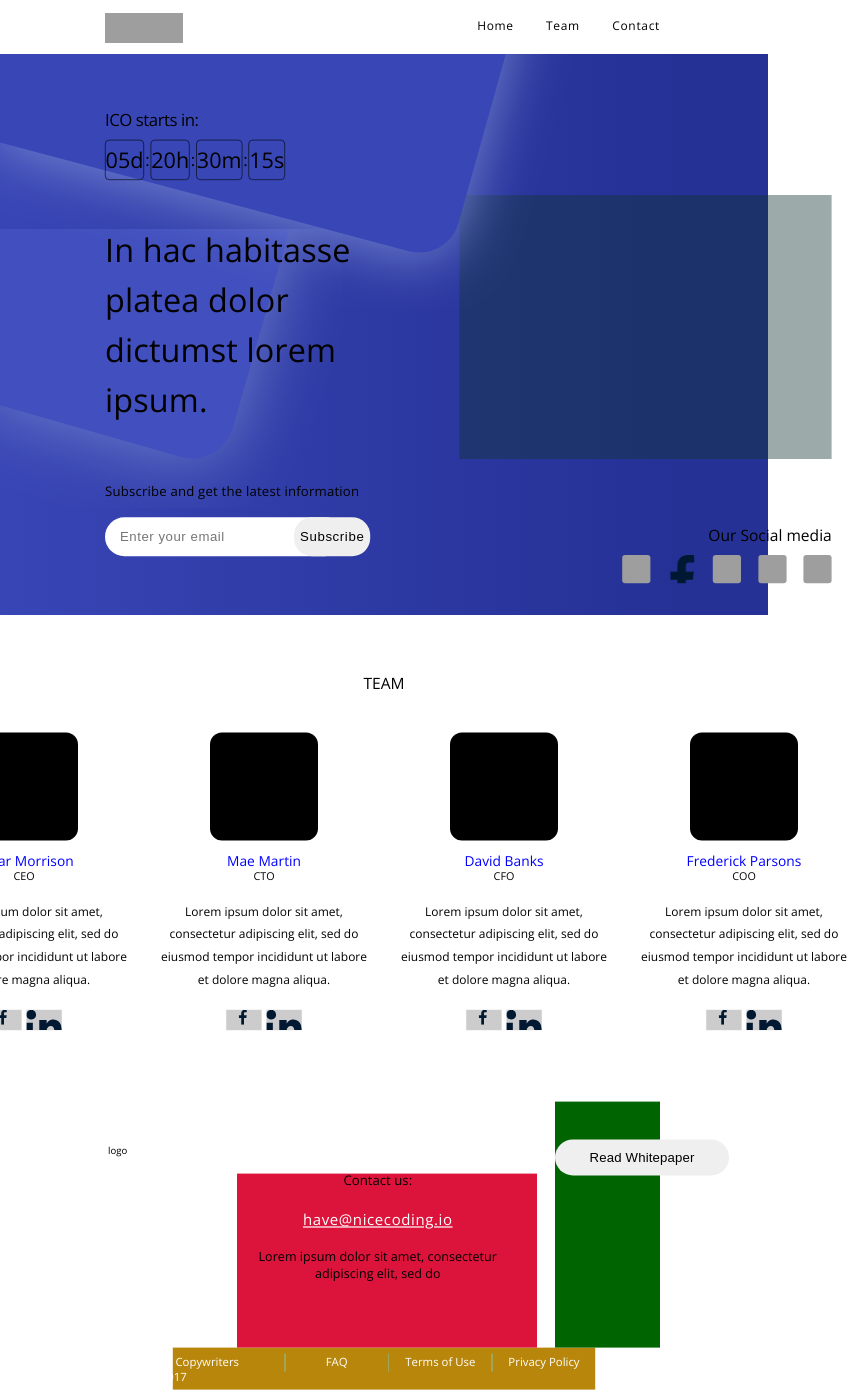
Repository: McGregorSt/newOne
Page: index.html
An editor plug-in stored every save of this project. The page is shown before and after a run of saves, followed by the edit.
The browser window is 1280 px wide. The page is 1440 px wide, so the pictures cover 1440 px, including what lies to the right of the window. The pictures show the whole page, at 60% of full size.
Pictures or frames that could not be fetched are drawn as grey boxes.

Above is the page before, as saved 2019-12-16 10:46:36.

### index.html
<!DOCTYPE html>
<html lang="en">
<head>
  <meta charset="UTF-8">
  <meta name="viewport" content="width=device-width, initial-scale=1.0">
  <meta http-equiv="X-UA-Compatible" content="ie=edge">
  <link rel="stylesheet" href="css/style.css">
  <link href="https://fonts.googleapis.com/css?family=Open+Sans:300,300i,400,400i,600,600i,700,700i,800,800i&display=swap" rel="stylesheet">
  <title>Ethworks</title>
</head>
<body>
  <!-- <div class="container"> -->
    <section class="header">
      <div class="header__logo"></div>
      <ul class="header__menu">
        <li class="header__menu__item">Home</li>
        <li class="header__menu__item">Team</li>
        <li class="header__menu__item">Contact</li>
      </ul>
    </section>
    <section class="main">
      <div class="wrapper">
        <div class="subs">
          <div class="subs__timer">
            <span class="subs__timer__header">ICO starts in:</span>
            <div class="subs__timer__global">
              <div class="subs__timer__item">05d</div>
              <div class="subs__timer__item">:</div>
              <div class="subs__timer__item">20h</div>
              <div class="subs__timer__item">:</div>
              <div class="subs__timer__item">30m</div>
              <div class="subs__timer__item">:</div>
              <div class="subs__timer__item">15s</div>
            </div>
          </div>
          <div class="subs__article">In hac habitasse platea dolor dictumst lorem ipsum.</div>
          <div class="subs__email">
            <span class="subs__email__header">Subscribe and get the latest information</span>
            <div class="subs__email__content">
              <input type="email" class="subs__email__input" placeholder="Enter your email">
              <button type="submit" class="subs__email__button">Subscribe</button>
            </div>
          </div>
        </div>

      <div class="media">
        <div class="media__media">
          <div class="media__player"></div>
          <div class="media__social">
            <span class="media__social__header">Our Social media</span>
            <div class="media__social__items">
              <div class="media__social__tt"></div>
              <div class="media__social__fb"></div>
              <div class="media__social__md"></div>
              <div class="media__social__gh"></div>
              <div class="media__social__mail"></div>
            </div>
          </div>
        </div>
    </div>
    </div>
    <div class="subs__subs"></div>
    </section>
    <section class="team">
      <div class="team__header">TEAM</div>
      <div class="team__cards">
        <div class="team__card">
          <div class="team__card__photo"></div>
          <div class="team__card__name">Edgar Morrison</div>
          <div class="team__card__title">CEO</div>
          <div class="team__card__description">Lorem ipsum dolor sit amet, consectetur adipiscing elit, sed do eiusmod tempor incididunt ut labore et dolore magna aliqua. </div>
          <div class="team__card__social">
            <div class="card__social__fb"></div>
            <div class="card__social__in"></div>
          </div>
        </div>
        <div class="team__card">
          <div class="team__card__photo"></div>
          <div class="team__card__name">Mae Martin</div>
          <div class="team__card__title">CTO</div>
          <div class="team__card__description">Lorem ipsum dolor sit amet, consectetur adipiscing elit, sed do eiusmod tempor incididunt ut labore et dolore magna aliqua. </div>
          <div class="team__card__social">
            <div class="card__social__fb"></div>
            <div class="card__social__in"></div>
          </div>
        </div>
        <div class="team__card">
          <div class="team__card__photo"></div>
          <div class="team__card__name">David Banks</div>
          <div class="team__card__title">CFO</div>
          <div class="team__card__description">Lorem ipsum dolor sit amet, consectetur adipiscing elit, sed do eiusmod tempor incididunt ut labore et dolore magna aliqua.</div>
          <div class="team__card__social">
            <div class="card__social__fb"></div>
            <div class="card__social__in"></div>
          </div>
        </div>
        <div class="team__card">
          <div class="team__card__photo"></div>
          <div class="team__card__name">Frederick Parsons</div>
          <div class="team__card__title">COO</div>
          <div class="team__card__description">Lorem ipsum dolor sit amet, consectetur adipiscing elit, sed do eiusmod tempor incididunt ut labore et dolore magna aliqua.</div>
          <div class="team__card__social">
            <div class="card__social__fb"></div>
            <div class="card__social__in"></div>
          </div>
        </div>
      </div>
    </section>
    <section class="footer">
      <div class="footer__main">
        <div class="footer__main__logo">logo</div>
        <div class="footer__main__contact">
          <span>Contact us:</span>
          <span><a href="mailto:#">have@nicecoding.io</a></span>
          <span>Lorem ipsum dolor sit amet, consectetur adipiscing elit, sed do</span>
        </div>
        <div class="footer__main__whitepaper">
          <button type="submit" class="header__whitepaper__button">Read Whitepaper</button>
        </div>
      </div>
      <div class="footer__menu">
        <div class="footer__menu__item">
          <span>&#9400 Copywriters 2017</span>
        </div>
        <div class="footer__menu__separator"></div>
        <div class="footer__menu__item">
          <a href="#">FAQ</a>
        </div>
        <div class="footer__menu__separator"></div>
        <div class="footer__menu__item">
          <a href="#">Terms of Use</a>
        </div>
        <div class="footer__menu__separator"></div>
        <div class="footer__menu__item">
          <a href="#">Privacy Policy</a>
        </div>
      </div>
    </section>
  </!-->
</body>
<script src="js/app.js">


</script>
</html>

### css/style.css
body {
  margin: 0;
  padding: 0;
  box-sizing: border-box;
  font-family: 'Open Sans', sans-serif;
  overflow-y: scroll;
}
/* section header */
.header {
  height: 95px;
  margin: auto;
  margin-top: -5px;
  display: flex;
  justify-content: space-between;
  align-items: center;
  padding: 0 180px;
}
.header__logo {
  width: 130px;
  height: 50px;
  background-image: url('../Assets/logo/dark.svg');
  background-size: cover;
  position: relative;
  left: -5px;
  top: 3px;
}
.header__menu {
  list-style: none;
  display: flex;
  letter-spacing: 1.1px;
  /* font-weight: 300; */
  /* justify-content: space-between; */
  font-size: 20px;
}
.header__menu__item {
  padding: 0 0 0 54px;
}

/* .wrapper {
  position: relative;
  z-index: 100;
} */
/* section main */
.main {
  height: 935px;

}
.main {
  /* background: rgb(56,69,181); */
  background: linear-gradient(90deg, rgba(56,69,181,1) 0%, rgba(37,49,149,1) 88%);
  /* background-image: url('../Assets/BG/Shape1@1x.svg');
  background-repeat: no-repeat;
  background-size: 75%;
  background-position-y: -95px;
  background-position-x: -10px;
  position: relative;
  z-index: 2; */
}
.wrapper {
  display: flex;
  position: relative;

}

.wrapper:after {
  content: "";
  width: 100%;
  height: 100%;
  background-image: url('../Assets/BG/Shape1@1x.svg');
  background-repeat: no-repeat;
  background-size: 75%;
  background-position-y: -95px;
  background-position-x: -10px;
  position: absolute;
  z-index: 10;
  /* filter: url('../Assets/BG/Shape1@1x.svg#filter-2')  */
}

.subs {

  width: 50%;
  font-size: 28px;
  display: flex;
  flex-direction: column;
  padding: 90px 0 60px 175px;
  position: relative;
  z-index: 99;
}
.subs__subs {
  /* width: 50%; */
  height: 800px;
  background-image: url('../Assets/BG/Shape2@1x.svg');
  background-size: 47%;
  top: -730px;
  left: -200px;
  background-position-y: -260px;
  background-position-x: 170px;
  background-repeat: no-repeat;
  position: relative;
  z-index: 1;
  /* filter: url('../Assets/BG/Shape2@1x.svg#filter-2') */
}
.subs__timer {
  /* background-color: thistle; */
  position: relative;
  z-index: 1;
}
.subs__timer__header {
  letter-spacing: -0.8px;
}
.subs__timer__global {
  width: 56.4%;
  display: flex;
  justify-content: space-between;
  padding: 15px 0 40px 0 ;
}
.subs__timer__item {
  width: 88px;
  height: 65px;
  display: flex;
  justify-content: center;
  align-items: center;
}
.subs__timer__item:nth-child(2n+2) {

}
.subs__timer__item:nth-child(2n+1) {
  width: 40%;
  border: 1px solid #000;
  font-size: 36px;
  border-radius: 7px;
}
.subs__article {
  font-size: 54px;
  letter-spacing: 0.2px;
  line-height: 83px;
  padding: 35px 0;
  /* background-color: wheat; */

}
.subs__email {
  /* background-color: yellow; */
  display: flex;
  flex-direction: column;
  font-size: 22px;
  letter-spacing: 0.3px;
  padding: 60px 0;
}
.subs__email__content {
  /* background-color: yellowgreen; */
  height: 100px;
  padding: 30px 0;
}
.subs__email__input {
  height: 63%;
  width: 70%;
  border-radius: 40px;
  font-size: 22px;
  padding-left: 25px;
  letter-spacing: 0.9px;
  outline: none;
  border: 0;
}
.subs__email__input::placeholder {
  /* padding-left: 25px; */
}
.subs__email__button {
  height: 65%;
  width: 24%;
  margin-left: -90px;
  font-size: 22px;
  letter-spacing: 1.05px;
  border: 0;
  border-radius: 30px;
}

.media {
  /* height: 80%; */
  width: 50%;
  /* background-color: tomato; */
}
.media__media {
  height: 100%;
  /* display: flex;
  flex-direction: column; */
  /* justify-content: space-around; */
  padding: 235px 0 0 60px;
}
.media__player {
  width: 620px;
  height: 440px;
  background-color: rgba(15, 51, 47, 0.411);
}
.media__social {
  width: 620px;
  height: 23%;
  display: flex;
  flex-direction: column;
  align-items: flex-end;
  justify-content: center;
  /* background-color: orangered; */
}
.media__social__header {
  font-size: 26px;
  padding: 80px 0 16px 0;

}
.media__social__items {
  width: 56.3%;
  display: flex;
  justify-content: space-between;
}
div.media__social__items > div {
  width: 47px;
  height: 47px;
  /* background-color: olivedrab; */
  border-radius: 5px;
}
.media__social__tt {
  background-image: url('../Assets/Social icons/Twitter@1x.svg');
  background-size: cover;
}
.media__social__fb {
  background-image: url('../Assets/Social icons/Facebook@1x.svg');
  background-size: cover;
}
.media__social__md {
  background-image: url('../Assets/Social icons/Medium@1x.svg');
  background-size: cover;
}
.media__social__gh {
  background-image: url('../Assets/Social icons/Github@1x.svg');
  background-size: cover;
}
.media__social__mail {
  background-image: url('../Assets/Social icons/Telegram@1x.svg');
  background-size: cover;
}


/*
section team
*/

.team {
  display: flex;
  flex-direction: column;
  align-items: center;
  padding: 95px 0 50px 0;
}
.team__header {
  font-size: 26px;
}
.team__cards {
  display: flex;
  justify-content: space-between;
  padding: 60px 0;
}
.team__card {
  height: 500px;
  width: 360px;
  display: flex;
  flex-direction: column;
  justify-content: space-between;
  align-items: center;
  margin: 0 10px;
  /* background-color: palegreen; */
  padding: 5px 10px
}
.team__card__photo {
  width: 180px;
  height: 180px;
  border-radius: 20px;
  background-color: black;

}
.team__card__name {
  font-size: 23px;
  color: blue;
  /* position: relative;
  top: -10px; */
}
.team__card__title {
  font-size: 18px;
  position: relative;
  top: -20px;
}
.team__card__description {
  font-size: 20px;
  text-align: center;
  line-height: 38px;
  position: relative;
  top: -10px;
  padding: 0 5px;
}
.team__card__social {
  display: flex;
  justify-content: space-between;
}
.team__card__social > * {
  width: 55px;
  height: 30px;
  background-color: #ccc;
  margin: 4px;
  padding: 2px;
}
.card__social__fb {
  background-image: url('../Assets//Profil/Facebook@1x.svg');
  background-size: 55px 25px;

  background-repeat: no-repeat;
}
.card__social__in {
  background-image: url('../Assets//Profil/linkedin@1x.svg');
  background-size: cover;

}




/*
section footer
*/
/*
.footer {
  display: flex;
  flex-direction: column;
  align-items: center;
} */
.footer__main {
  height: 410px;
  display: flex;
  justify-content: space-between;
  padding: 0 180px;
}

/* .footer__header {
  height: 123px;
  width: 100%;
  background-color: cornflowerblue;
  display: flex;
  justify-content: space-between;
  align-items: center;
} */
.footer__main__logo {
  width: 20%;
  margin-top: 70px;

}
.footer__main__contact {
  width: 500px;
  height: 290px;
  background-color: crimson;
  align-self: flex-end;
  display: flex;
  flex-direction: column;
  align-items: center;
}
.footer__main__whitepaper {
  width: 19%;
  background-color: darkgreen;
  padding-top: 33px;
}
.footer__menu {
  height: 60px;
  background-color: darkgoldenrod;
  width:55%;
  margin: auto;
  font-size: 19px;
  display: flex;
  justify-content: space-between;
  padding-top: 10px;
}
.header__whitepaper__button {
  height: 60px;
  width: 290px;
  font-size: 22px;
  letter-spacing: 0.25px;
  border: 0;
  border-radius: 30px;
  position: relative;
  top: 30px;
}
.footer__main__contact > span {
  margin-bottom: 40px;
  font-size: 22px;
  text-align: center;
  position: relative;
  top: -5px;
  left: -15px;
}
.footer__main__contact > span > a {
  font-size: 25px;
  color: #fff;
  letter-spacing: 1px;
  position: relative;
  top: -6px;
}
.footer__main__contact > span:last-child {
  font-size: 21px;
  top: -20px;
}
.footer__menu {

}
.footer__menu__item {
  width: 25%;
  display: flex;
  justify-content: center;
  color: #fff;
}
.footer__menu__item > a {
  text-decoration: none;
  color: #fff;
}
.footer__menu__item:first-child {
  padding-right: 35px;
  margin-left: -20px;

}
.footer__menu__separator {
  width: 2px;
  height: 30px;
  background-color: darkseagreen;
}

### js/app.js
let chi = document.querySelectorAll('.subs__timer__global:nth-child(2n+1)')
console.log(chi)

### Assets/BG/Shape1@1x.svg
<?xml version="1.0" encoding="UTF-8"?>
<svg width="1072px" height="582px" viewBox="0 0 1072 582" version="1.1" xmlns="http://www.w3.org/2000/svg" xmlns:xlink="http://www.w3.org/1999/xlink">
    <!-- Generator: Sketch 47.1 (45422) - http://www.bohemiancoding.com/sketch -->
    <title>BG/Shape1@1x</title>
    <desc>Created with Sketch.</desc>
    <defs>
        <path d="M982.285156,102 L982.285156,370.03125 L210.193802,575.356423 L210.193802,575.356423 C169.990097,586.047947 128.661819,562.429109 117.465781,522.362973 L-9.09494702e-13,102 L982.285156,102 Z" id="path-1"></path>
        <filter x="-16.7%" y="-32.3%" width="133.5%" height="169.1%" filterUnits="objectBoundingBox" id="filter-2">
            <feOffset dx="0" dy="11" in="SourceAlpha" result="shadowOffsetOuter1"></feOffset>
            <feGaussianBlur stdDeviation="53" in="shadowOffsetOuter1" result="shadowBlurOuter1"></feGaussianBlur>
            <feColorMatrix values="0 0 0 0 0.164705882   0 0 0 0 0.219607843   0 0 0 0 0.615686275  0 0 0 1 0" type="matrix" in="shadowBlurOuter1"></feColorMatrix>
        </filter>
    </defs>
    <g id="Page-1" stroke="none" stroke-width="1" fill="none" fill-rule="evenodd">
        <g id="FRONTENT-ZADANIE2">
            <g id="//BG" transform="translate(0.000000, -102.000000)">
                <g id="header-bg">
                    <g id="Rectangle">
                        <g id="BG/Shape1" transform="translate(491.142578, 339.963586) scale(-1, 1) translate(-491.142578, -339.963586) ">
                            <use fill="black" fill-opacity="1" filter="url(#filter-2)" xlink:href="#path-1"></use>
                            <use fill="#3947B6" fill-rule="evenodd" xlink:href="#path-1"></use>
                        </g>
                    </g>
                </g>
            </g>
        </g>
    </g>
</svg>

After the next 3 saves:
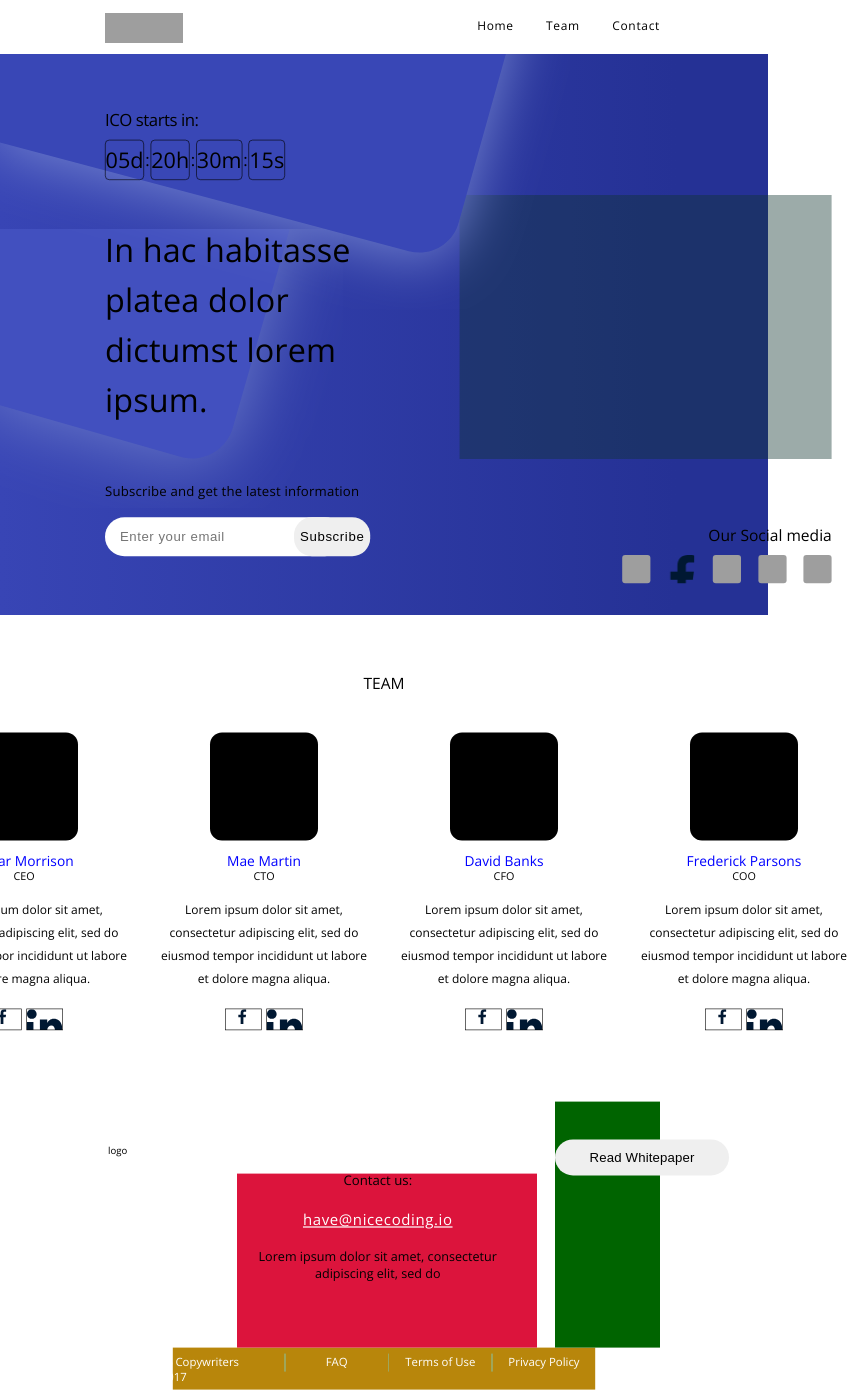
The 3 saves are shown as one change because they came seconds apart.
The last was saved 16 s later.
--- a/css/style.css
+++ b/css/style.css
@@ -300,7 +300,7 @@ section team
 .team__card__social > * {
   width: 55px;
   height: 30px;
-  background-color: #ccc;
+  border: 1px solid #000;
   margin: 4px;
   padding: 2px;
 }
